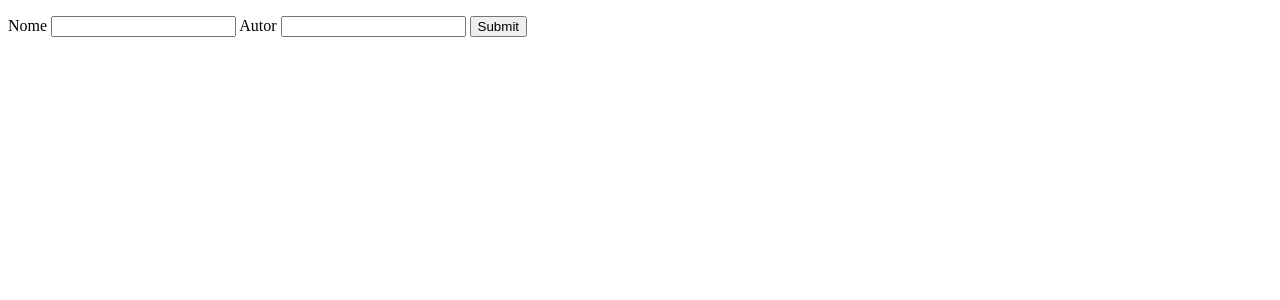
Repository: LucasMontalvao/PHPDACS2020
Page: projeto/formulario.html
The author's editor kept a record of every edit. The page is drawn from the files as they stood at one moment, then again after the next edit.
The browser window is 1280 px wide. The pictures show the whole page.

Above is the page before.

After the next edit:
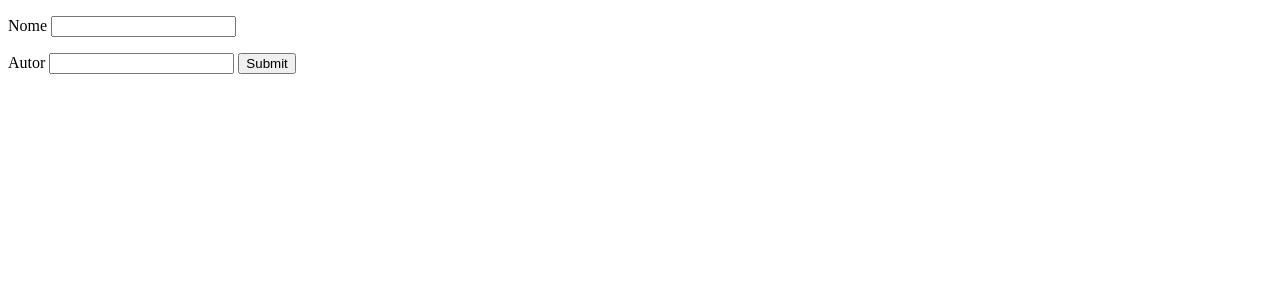
The edit:
--- a/projeto/formulario.html
+++ b/projeto/formulario.html
@@ -8,7 +8,7 @@
         <p>
             <label for="">Nome</label>
             <input type="text" name="nome"/>
-
+        </p>
             <label for="">Autor</label>
             <input type="text" name="autor"/>
             <input type="submit" value="Submit"/>
